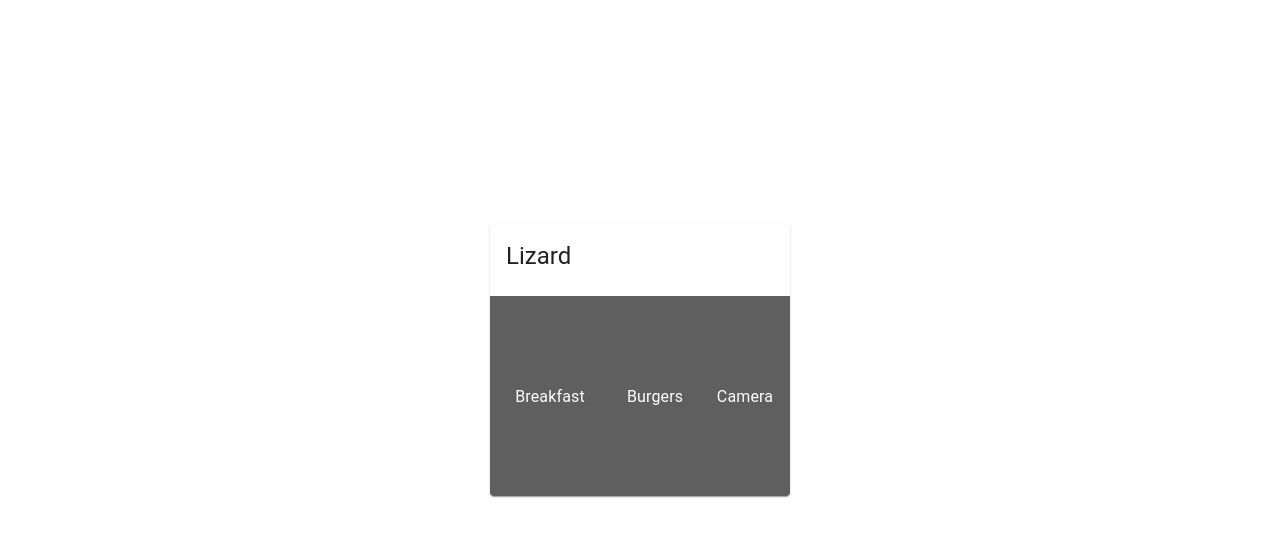
Repository: watthananick1/petstory
Page: /
These files come from the project's save history. The page is drawn as it stood at one moment and after the next save; the edit follows.
The browser window is 1280 px wide. The pictures show the whole page.
Pictures or frames that could not be fetched are drawn as grey boxes. The project was rebuilt for these pictures with package versions that can differ from the ones it lists, and the page was loaded fresh each time.

Above is the page before, as saved 2023-03-25 13:52:18.

### src/index.tsx
import React from 'react';
import ReactDOM from 'react-dom/client';
import './index.css';
import App from './App';
import reportWebVitals from './reportWebVitals';
import { BrowserRouter } from 'react-router-dom';

const root = ReactDOM.createRoot(document.getElementById('root') as HTMLElement);
root.render(
    <React.StrictMode>
        <BrowserRouter>
            <App />
        </BrowserRouter>
    </React.StrictMode>
);

// If you want to start measuring performance in your app, pass a function
// to log results (for example: reportWebVitals(console.log))
// or send to an analytics endpoint. Learn more: https://bit.ly/CRA-vitals
reportWebVitals();

### src/App.tsx
import logo from './assets/logo.svg';
import styles from './App.module.scss';
import { Menu } from './components/menu/menu';
import { Container } from './components/container/container';
import { Navbar } from './components/navbar/navbar';
import { Posts } from './components/posts/posts';
import Login from './components/login/login';
import SignUp from './components/sign-up/sign-up';
import CardTypePet from './components/card-type-pet/card-type-pet';
import { Route, Routes } from 'react-router';

function App() {
    return (
        // <div className={styles.App}>
        //     <Navbar />
        //     <Menu />
        //     <Container />
        //     <Posts />
        // </div>
        <div>
            <Routes>
                {/* <Route id="login" path="/" element={<Login />} />
                <Route id="signUp" path="/signUp" element={<SignUp />} /> */}
                {/* <Route path="/home" element={<Home />} /> */}
                <Route path="/" element={<CardTypePet />} />
            </Routes>
        </div>
    );
}

export default App;

### src/components/card-type-pet/card-type-pet.tsx
import * as React from 'react';
import { styled } from '@mui/material/styles';
import Box from '@mui/material/Box';
import ButtonBase from '@mui/material/ButtonBase';
import Typography from '@mui/material/Typography';
import { Card, CardContent } from '@mui/material';

const images = [
    {
        url: '/static/images/buttons/breakfast.jpg',
        title: 'Breakfast',
        width: '40%',
    },
    {
        url: '/static/images/buttons/burgers.jpg',
        title: 'Burgers',
        width: '30%',
    },
    {
        url: '/static/images/buttons/camera.jpg',
        title: 'Camera',
        width: '30%',
    },
];

const ImageButton = styled(ButtonBase)(({ theme }) => ({
    position: 'relative',
    height: 200,
    [theme.breakpoints.down('sm')]: {
        width: '100% !important', // Overrides inline-style
        height: '10%',
    },
    '&:hover, &.Mui-focusVisible': {
        zIndex: 1,
        '& .MuiImageBackdrop-root': {
            opacity: 0.15,
        },
        '& .MuiImageMarked-root': {
            opacity: 0,
        },
        '& .MuiTypography-root': {
            border: '4px solid currentColor',
        },
    },
}));

const ImageSrc = styled('span')({
    position: 'absolute',
    left: 0,
    right: 0,
    top: 0,
    bottom: 0,
    backgroundSize: 'cover',
    backgroundPosition: 'center 40%',
});

const Image = styled('span')(({ theme }) => ({
    position: 'absolute',
    left: 0,
    right: 0,
    top: 0,
    bottom: 0,
    display: 'flex',
    alignItems: 'center',
    justifyContent: 'center',
    color: theme.palette.common.white,
}));

const ImageBackdrop = styled('span')(({ theme }) => ({
    position: 'absolute',
    left: 0,
    right: 0,
    top: 0,
    bottom: 0,
    backgroundColor: theme.palette.common.black,
    opacity: 0.4,
    transition: theme.transitions.create('opacity'),
}));

// const ImageMarked = styled('span')(({ theme }) => ({
//     height: 3,
//     width: 18,
//     backgroundColor: theme.palette.common.white,
//     position: 'absolute',
//     bottom: -2,
//     left: 'calc(50% - 9px)',
//     transition: theme.transitions.create('opacity'),
// }));

export default function CardTypePet() {
    return (
        <div style={{ display: 'flex', alignItems: 'center', height: '100vh'}}>
            <Card sx={{ minWidth: 300, margin: '0 auto' }}>
                <CardContent>
                    <Typography gutterBottom variant="h5" component="div">
                        Lizard
                    </Typography>
                </CardContent>
                <Box sx={{ display: 'flex', flexWrap: 'wrap', width: '100%' }}>
                    {images.map((image) => (
                        <ImageButton
                            focusRipple
                            key={image.title}
                            style={{
                                width: image.width,
                            }}
                            onClick={() => console.log(`Clicked on ${image.title}`)}
                        >
                            <ImageSrc style={{ backgroundImage: `url(${image.url})` }} />
                            <ImageBackdrop className="MuiImageBackdrop-root" />
                            <Image>
                                <Typography
                                    component="span"
                                    variant="subtitle1"
                                    color="inherit"
                                    sx={{
                                        position: 'relative',
                                        p: 4,
                                        pt: 2,
                                        pb: (theme) => `calc(${theme.spacing(1)} + 6px)`,
                                    }}
                                >
                                    {image.title}
                                </Typography>
                            </Image>
                        </ImageButton>
                    ))}
                </Box>
            </Card>
        </div>
    );
}

Loaded but not shown: public/index.html (common file); src/index.css (common file); src/reportWebVitals.ts (common file)

After the next save:
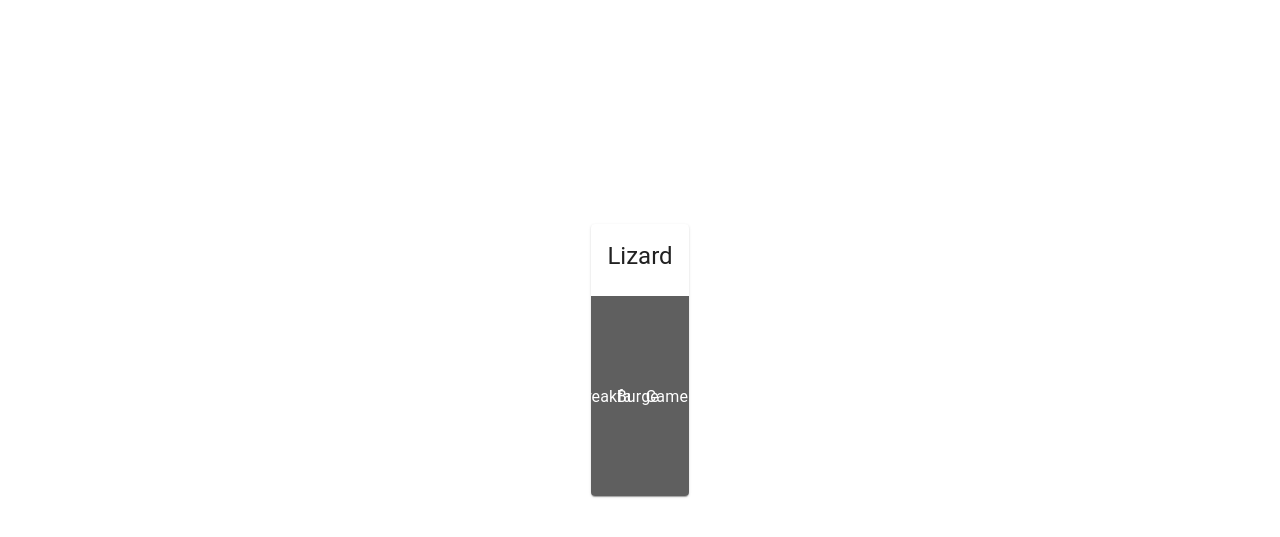
Saved 20 s later.
--- a/src/components/card-type-pet/card-type-pet.tsx
+++ b/src/components/card-type-pet/card-type-pet.tsx
@@ -90,7 +90,7 @@ const ImageBackdrop = styled('span')(({ theme }) => ({
 export default function CardTypePet() {
     return (
         <div style={{ display: 'flex', alignItems: 'center', height: '100vh'}}>
-            <Card sx={{ minWidth: 300, margin: '0 auto' }}>
+            <Card sx={{ minWidth: '', margin: '0 auto' }}>
                 <CardContent>
                     <Typography gutterBottom variant="h5" component="div">
                         Lizard
